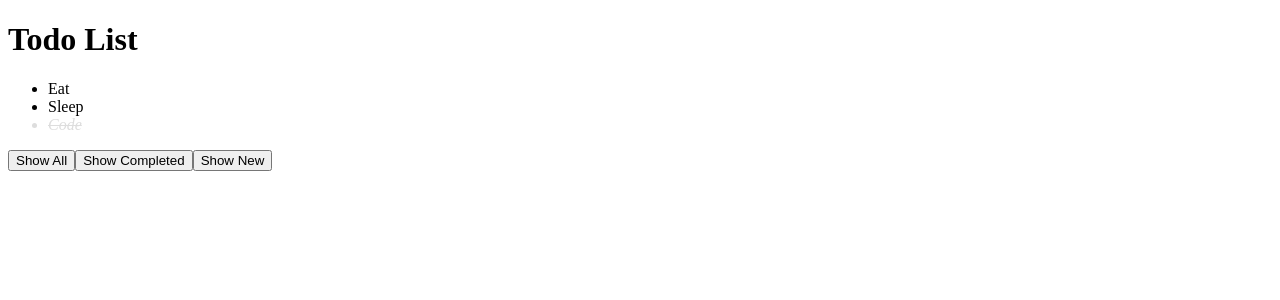
Repository: haiphamdev/shopping-cart
Page: /
These files come from the project's save history. The page is drawn as it stood at one moment and after the next save; the edit follows.
The browser window is 1280 px wide. The pictures show the whole page.
The project was rebuilt for these pictures with package versions that can differ from the ones it lists, and the page was loaded fresh each time. Also part of the build but not shown: vite.config.js, src/index.css.

Above is the page before, as saved 2025-02-23 22:34:00.

After the next save:
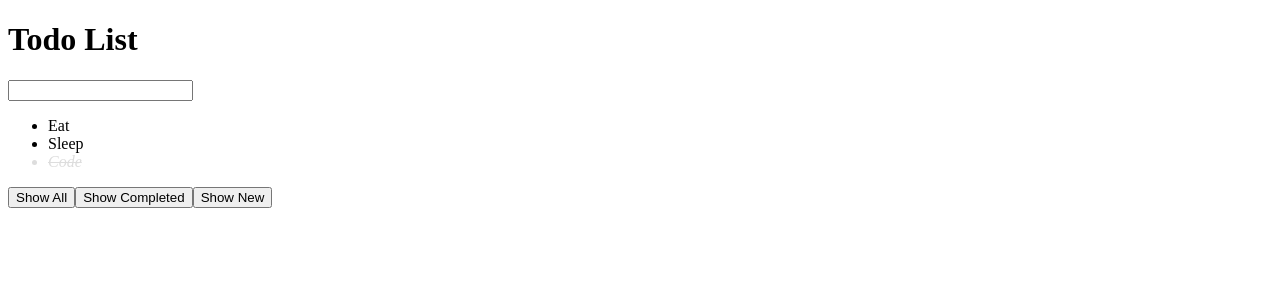
Saved 11 s later.
--- a/src/features/Todo/index.jsx
+++ b/src/features/Todo/index.jsx
@@ -1,6 +1,7 @@
 import 'react';
 import TodoList from './components/TodoList';
 import { useState } from 'react';
+import TodoForm from './components/TodoForm';
 
 TodoFeature.propTypes = {};
 
@@ -56,6 +57,7 @@
   return (
     <div>
       <h1>Todo List</h1>
+      <TodoForm />
       <TodoList todoList={renderTodoList} onTodoClick={handleTodoClick} />
 
       <div>
